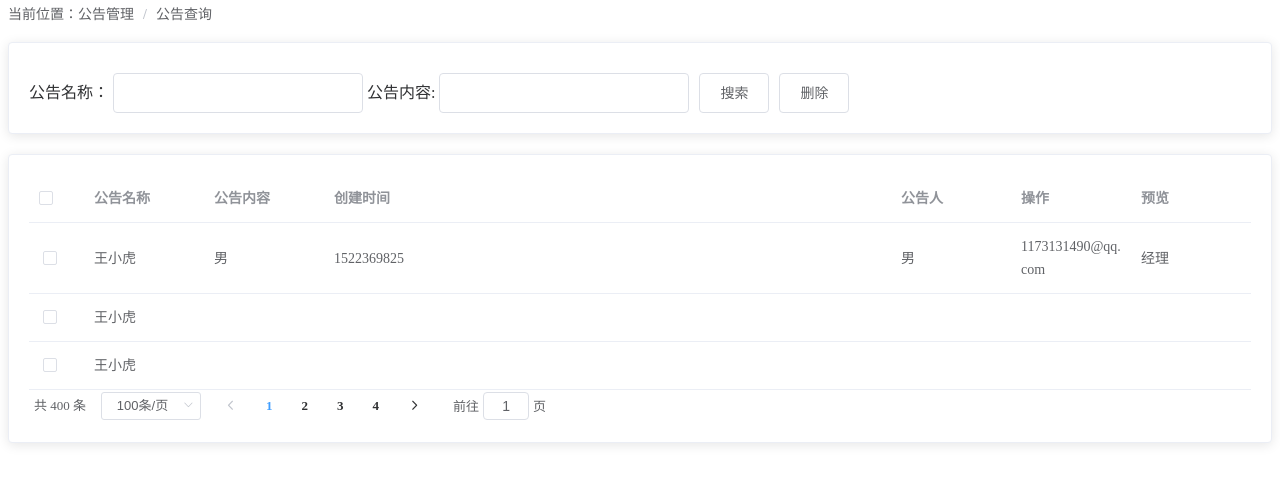
Repository: YUNjwyao/vue_hrm
Page: /#/notice
An editor plug-in stored every save of this project. The page is shown before and after the next save, followed by the edit.
The browser window is 1280 px wide. The pictures show the whole page.
The project was rebuilt for these pictures with package versions that can differ from the ones it lists, and the page was loaded fresh each time. Also part of the build but not shown: src/components/Employee/EmployeeQuery.vue, src/components/Employee/ShowAddEmployee.vue, src/components/Employee/ShowUpdateEmployee.vue.

Above is the page before, as saved 2020-10-15 21:18:57.

### src/App.vue
<template>
  <div id="app">
     <!-- 路由占位符 -->
     <router-view></router-view>
  </div>
</template>

<script>

export default {

}
</script>

<style lang="less" scoped>

</style>

### src/router/index.js
import Vue from 'vue'
import VueRouter from 'vue-router'
import EmployeeQuery from '../components/Employee/EmployeeQuery.vue'
import ShowAddEmployee from '../components/Employee/ShowAddEmployee.vue'
import ShowUpdateEmployee from '../components/Employee/ShowUpdateEmployee.vue'
import Notice from '../components/Notice/Notice.vue'

Vue.use(VueRouter)

const routes = [
 {
   path: '/employee',component: EmployeeQuery
 },
 {
   path: '/addEmployee',component: ShowAddEmployee
 },
 {
   path: '/updateEmployee',component: ShowUpdateEmployee
 },
 {
   path: '/notice',component: Notice
 }
]

const router = new VueRouter({
  routes
})

export default router

### src/plugins/element.js
import Vue from 'vue'
import {
    Button,
    Breadcrumb,
    BreadcrumbItem,
    Card,
    Select,
    Option,
    Input,
    Row,
    Table,
    TableColumn,
    Pagination,
    Form,
    FormItem
} from 'element-ui'


Vue.use(Button)
Vue.use(Breadcrumb)
Vue.use(BreadcrumbItem)
Vue.use(Card)
Vue.use(Select)
Vue.use(Option)
Vue.use(Input)
Vue.use(Row)
Vue.use(Table)
Vue.use(TableColumn)
Vue.use(Pagination)
Vue.use(Form)
Vue.use(FormItem)

### src/components/Notice/Notice.vue
<template>
  <div class="employee">
    <!-- 面包屑导航 -->
    <el-breadcrumb separator="/">
      <el-breadcrumb-item>当前位置：公告管理</el-breadcrumb-item>
      <el-breadcrumb-item><a href="/">公告查询</a></el-breadcrumb-item>
    </el-breadcrumb>
    <!-- 查询输入框 -->
    <el-card>

      <el-row>
        公告名称：
		<el-input></el-input>
		公告内容:
		<el-input></el-input>
        <el-button>搜索</el-button>
        <el-button>删除</el-button>
      </el-row>
    </el-card>
    <!-- Table表格 -->
    <el-card>
      <el-table
        ref="multipleTable"
        :data="tableData"
        tooltip-effect="dark"
        style="width: 100%"
        @selection-change="handleSelectionChange"
      >
        <el-table-column type="selection" width="55"> </el-table-column>
        <el-table-column prop="name" label="公告名称" width="120">
          <template slot-scope="scope">{{ scope.row.name }}</template>
        </el-table-column>
        <el-table-column prop="sex" label="公告内容" width="120"> </el-table-column>
        <el-table-column prop="phone" label="创建时间">
        </el-table-column>
        <el-table-column prop="sex" label="公告人" width="120"> </el-table-column>
        <el-table-column prop="email" label="操作" width="120">
        </el-table-column>
        <el-table-column prop="job" label="预览" width="120"> </el-table-column>
      </el-table>
      <!-- 分页 -->
      <el-pagination
        @size-change="handleSizeChange"
        @current-change="handleCurrentChange"
        :current-page="currentPage4"
        :page-sizes="[100, 200, 300, 400]"
        :page-size="100"
        layout="total, sizes, prev, pager, next, jumper"
        :total="400"
      >
      </el-pagination>
    </el-card>
  </div>
</template>

<script>
export default {
  data() {
    return {
      options: [
        {
          value: "选项1",
          label: "经理",
        },
        {
          value: "选项2",
          label: "职员",
        },
      ],
      optionsSex: [
        {
          value: "选项1",
          label: "男",
        },
        {
          value: "选项2",
          label: "女",
        },
      ],
      optionsDoor: [
        {
          value: "选项1",
          label: "技术部",
        },
        {
          value: "选项2",
          label: "运营部",
        },
      ],
      tableData: [
        {
          name: "王小虎",
          sex: "男",
          phone: "1522369825",
          email: "1173131490@qq.com",
          job: "经理",
          education: "本科",
          IdNumber: "500213213123",
          door: "技术部",
          address: "上海市普陀区金沙江路 1518 弄",
          date: "2016-12-03",
        },
        {
          date: "2016-05-02",
          name: "王小虎",
          address: "上海市普陀区金沙江路 1518 弄",
        },
        {
          date: "2016-05-04",
          name: "王小虎",
          address: "上海市普陀区金沙江路 1518 弄",
        },
      ],
      multipleSelection: [],
    };
  },
  methods: {
    toggleSelection(rows) {
      if (rows) {
        rows.forEach((row) => {
          this.$refs.multipleTable.toggleRowSelection(row);
        });
      } else {
        this.$refs.multipleTable.clearSelection();
      }
    },
    handleSelectionChange(val) {
      this.multipleSelection = val;
    },
  },
};
</script>

<style lang="less" scoped>
.el-card {
  margin-top: 20px;
}
.el-input {
  width: 250px;
}
.el-row {
  margin-top: 10px;
}
.el-button {
  margin-left: 10px;
}
</style>

Loaded but not shown: public/index.html (common file); src/main.js (common file); src/store/index.js (common file)

After the next save:
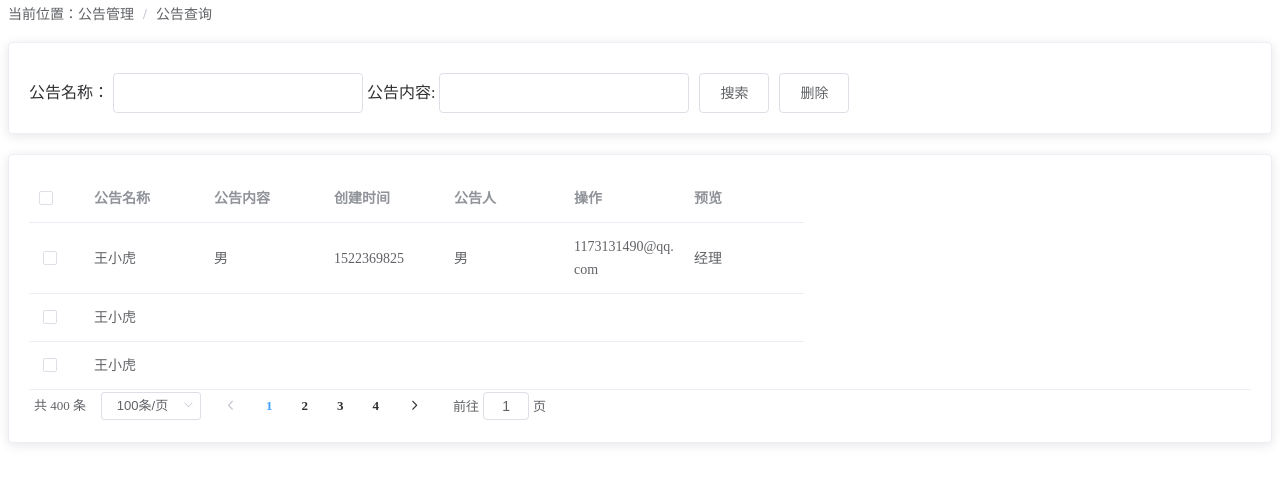
Saved 65 s later.
--- a/src/components/Notice/Notice.vue
+++ b/src/components/Notice/Notice.vue
@@ -31,7 +31,7 @@
           <template slot-scope="scope">{{ scope.row.name }}</template>
         </el-table-column>
         <el-table-column prop="sex" label="公告内容" width="120"> </el-table-column>
-        <el-table-column prop="phone" label="创建时间">
+        <el-table-column prop="phone" label="创建时间" width="120">
         </el-table-column>
         <el-table-column prop="sex" label="公告人" width="120"> </el-table-column>
         <el-table-column prop="email" label="操作" width="120">
